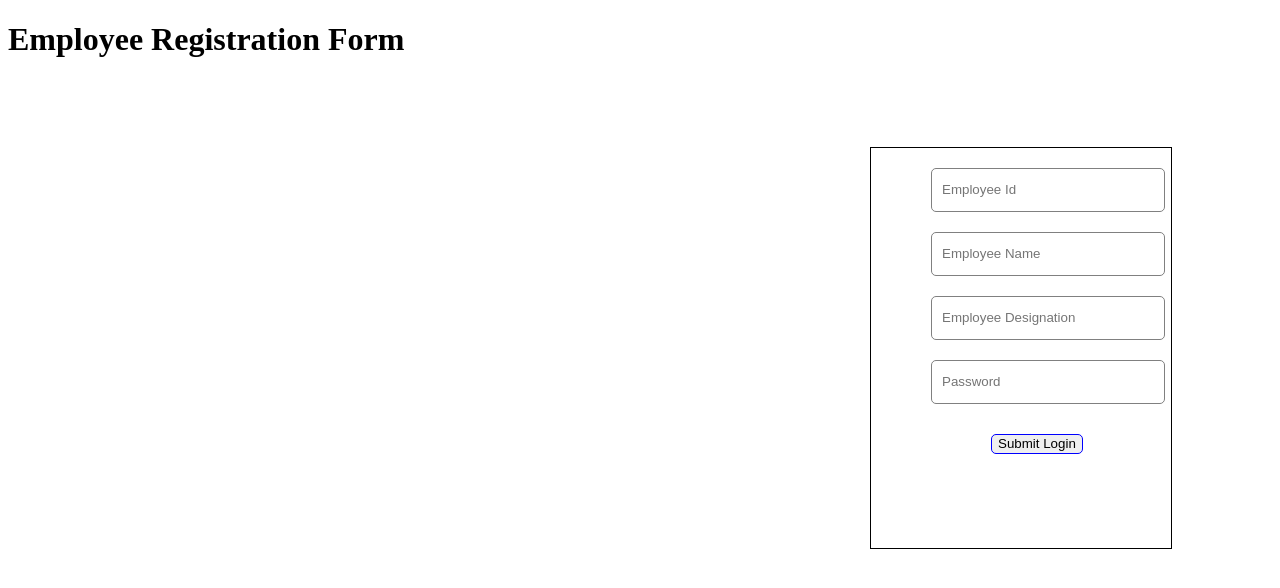
Repository: robin9533/Basic-Programs-App.
Page: GW-Genial Work Proj/GT_GenialToil/WebContent/EmployeeSignup.html
The author's editor kept a copy of each file at every save. The page is drawn from the files as they stood at one save, then again after the next save.
The browser window is 1280 px wide. The pictures show the whole page.

Above is the page before, as saved 2019-05-10 07:07:28.

### GW-Genial Work Proj/GT_GenialToil/WebContent/EmployeeSignup.html
<!DOCTYPE html>
<html>
<head><h1>Employee Registration Form<h1>
<meta charset="ISO-8859-1">
<title>Employee Registration Form </title>
<link rel="Stylesheet" type="text/css" href="EmployeeSignup.css">
</head>
<body>
<br>

<div class ="registrationblock">

<Form>

<input type = "text" name="empId" placeholder="Employee Id">
<input type ="text" name="empName" placeholder="Employee Name">
<input type ="text" name = "empDes" placeholder="Employee Designation">
<input type = "password" name = "empPass" placeholder="Password">
<button type="button">Submit Login</button>

</Form>
</div>

</body>
</html>

### GW-Genial Work Proj/GT_GenialToil/WebContent/EmployeeSignup.css
@charset "ISO-8859-1";

.body{
	background-color: blue;
}
.registrationblock {
	height:400px;
	width: 300px;
	float:right;
	border:1px solid black;
	margin-top: 30px;
	margin-right: 100px
}
.registrationblock input{
	width: 220px;
	height:40px;
	margin-top: 20px;
	margin-left:60px;
	border: none;
	border:1px solid gray;
	border-radius: 5px;
	padding-left: 10px;
}
.registrationblock button{
	widht:100px;
	height: 20px;
	margin-left:120px;
	margin-top:30px;
	border-radius:5px;
	border: 1px solid blue;
	}
.h1{
	center
	}

After the next save:
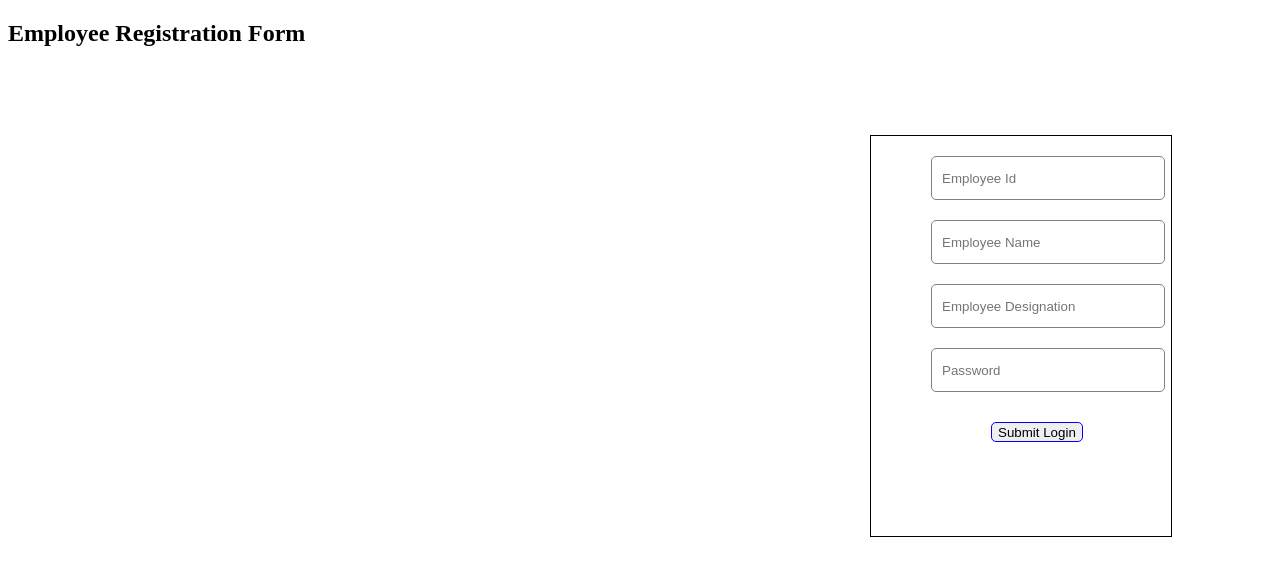
Saved 9 s later.
--- a/GW-Genial Work Proj/GT_GenialToil/WebContent/EmployeeSignup.html
+++ b/GW-Genial Work Proj/GT_GenialToil/WebContent/EmployeeSignup.html
@@ -1,6 +1,6 @@
 <!DOCTYPE html>
 <html>
-<head><h1>Employee Registration Form<h1>
+<head><h2>Employee Registration Form<h1>
 <meta charset="ISO-8859-1">
 <title>Employee Registration Form </title>
 <link rel="Stylesheet" type="text/css" href="EmployeeSignup.css">
